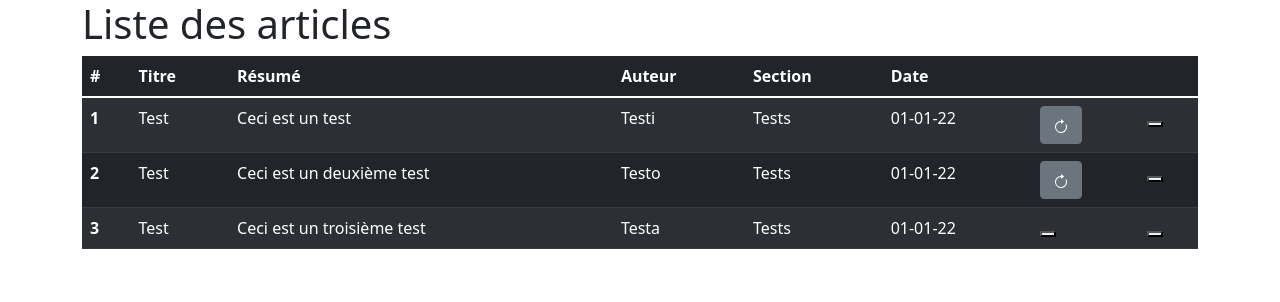
Repository: QuentinFayt/NewsWeb
Page: sources/adminNewsWeb/articlesList.html
These files come from the project's save history. The page is drawn as it stood at one moment and after the next save; the edit follows.
The browser window is 1280 px wide. The pictures show the whole page.

Above is the page before, as saved 2021-12-23 12:03:00.

After the next save:
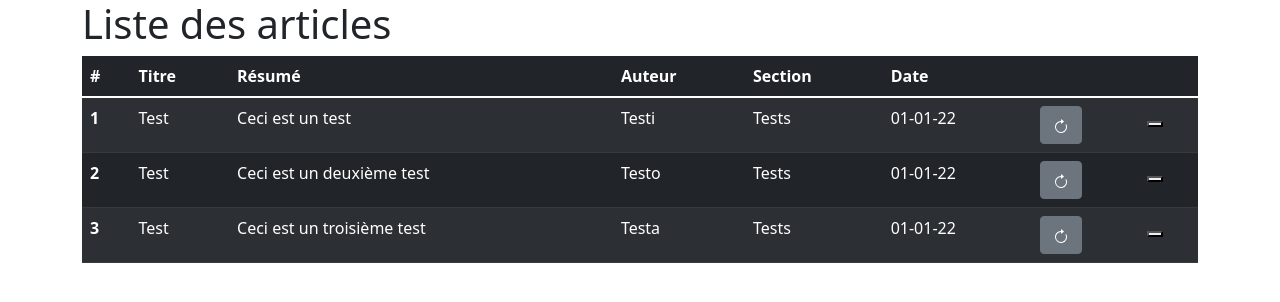
Saved 5 s later.
--- a/sources/adminNewsWeb/articlesList.html
+++ b/sources/adminNewsWeb/articlesList.html
@@ -62,7 +62,12 @@
                     <td>Testa</td>
                     <td>Tests</td>
                     <td>01-01-22</td>
-                    <td><button></button></td>
+                    <td><button type="button" class="btn btn-secondary">
+                            <svg xmlns="http://www.w3.org/2000/svg" width="16" height="16" fill="currentColor" class="bi bi-arrow-clockwise" viewBox="0 0 16 16">
+                                <path fill-rule="evenodd" d="M8 3a5 5 0 1 0 4.546 2.914.5.5 0 0 1 .908-.417A6 6 0 1 1 8 2v1z"></path>
+                                <path d="M8 4.466V.534a.25.25 0 0 1 .41-.192l2.36 1.966c.12.1.12.284 0 .384L8.41 4.658A.25.25 0 0 1 8 4.466z"></path>
+                            </svg>
+                        </button></td>
                     <td><button></button></td>
                 </tr>
             </tbody>
